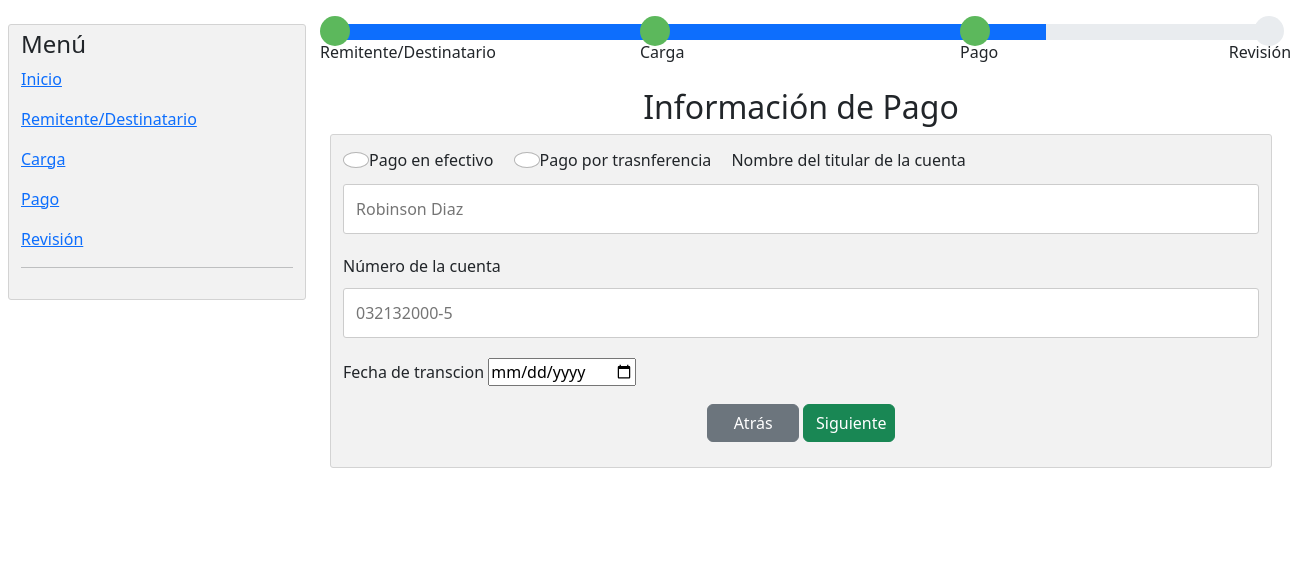
Repository: SennovaFluvial/Trasnfluvial
Page: appFluvial/templates/card1pago.html
An editor plug-in stored every save of this project. The page is shown before and after the next save, followed by the edit.
The browser window is 1280 px wide. The page is 1291 px wide, so the pictures cover 1291 px, including what lies to the right of the window. The pictures show the whole page.
The template is drawn by Django 3.2. The application's start-up code is not run. Other server files are loaded and not shown. The template is opened directly, without the code that normally fills it, so the values that code supplies are empty.

Above is the page before, as saved 2023-10-20 22:50:08.

### appFluvial/templates/card1pago.html
<!DOCTYPE html>
<html>
<head>
<meta name="viewport" content="width=device-width, initial-scale=1">
<!--link rel="stylesheet" href="https://cdnjs.cloudflare.com/ajax/libs/font-awesome/4.7.0/css/font-awesome.min.css"-->
<style>
body {
  font-family: Arial;
  font-size: 17px;
  padding: 8px;
}

* {
  box-sizing: border-box;
}

.row {
  display: -ms-flexbox; /* IE10 */
  display: flex;
  -ms-flex-wrap: wrap; /* IE10 */
  flex-wrap: wrap;
  margin: 0 -16px;
}

.col-25 {
  -ms-flex: 25%; /* IE10 */
  flex: 25%;
}

.col-50 {
  -ms-flex: 50%; /* IE10 */
  flex: 50%;
}

.col-75 {
  -ms-flex: 75%; /* IE10 */
  flex: 75%;
}

.col-25,
.col-50,
.col-75 {
  padding: 0 16px;
}

.container {
  background-color: #f2f2f2;
  padding: 5px 20px 15px 20px;
  border: 1px solid lightgrey;
  border-radius: 3px;
}

input[type=text], select {
  width: 100%;
  margin-bottom: 20px;
  padding: 12px;
  border: 1px solid #ccc;
  border-radius: 3px;
}

input[type=submit] {
  background-color: #04AA6D;
  color: white;
  padding: 12px 20px;
  border: none;
  border-radius: 4px;
  cursor: pointer;
}

input[type=submit]:hover {
  background-color: #45a049;
}

label {
  margin-bottom: 10px;
  display: block;
}

.icon-container {
  margin-bottom: 20px;
  padding: 7px 0;
  font-size: 24px;
}

.btn {
  background-color: #04AA6D;
  color: white;
  padding: 12px;
  margin: 10px 0;
  border: none;
  width: 10%;
  border-radius: 3px;
  cursor: pointer;
}

.btn:hover {
  background-color: #45a049;
}

a {
  color: #2196F3;
}

hr {
  border: 1px solid lightgrey;
}

span.price {
  float: right;
  color: grey;
}


@media (max-width: 800px) {
  .row {
    flex-direction: column-reverse;
  }
  .col-25 {
    margin-bottom: 20px;
  }
}

</style>
<style>
  .one, .two, .three, .four{
    position:absolute;
    margin-top: -8px;
    z-index:1;
    height:30px;
    width:30px;
    border-radius:20px;
}
.one{
	left:25%;
}
.two{
	left:50%;
}
.three{
	left:75%;
}
.four{
	left:98%;
}
.primary-color{
	background-color:#4989bd;
}
.success-color{
	background-color:#5cb85c;
}
.info-color{
	background-color:#5bc0de;
}
.no-color{
	background-color:inherit;
}

</style>

<link rel="stylesheet" href="https://cdn.jsdelivr.net/npm/bootstrap@5.2.3/dist/css/bootstrap.min.css" integrity="sha384-rbsA2VBKQhggwzxH7pPCaAqO46MgnOM80zW1RWuH61DGLwZJEdK2Kadq2F9CUG65" crossorigin="anonymous">
<script src="https://cdn.jsdelivr.net/npm/bootstrap@5.2.3/dist/js/bootstrap.min.js" integrity="sha384-cuYeSxntonz0PPNlHhBs68uyIAVpIIOZZ5JqeqvYYIcEL727kskC66kF92t6Xl2V" crossorigin="anonymous"></script>

</head>
<body>

<p></p>
<div class="row">

  <div class="col-25">

    <div class="container">
      <h4>Menú <span class="price" style="color:black"><i class="fa fa-shopping-cart"></i> <b></b></span></h4>
      <p><a href="../../">Inicio</a> <span class="price"> </span></p>
      <p><a href="../../card/1/remitente">Remitente/Destinatario</a> <span class="price">  </span></p>
      <p><a href="../../card/1/carga">Carga</a> <span class="price"> </span></p>
      <p><a href="../../card/1/pago">Pago</a> <span class="price"> </span></p>
      <p><a href="../../card/1/revision">Revisión</a> <span class="price"> </span></p>
      <hr>
    </div>
  </div>


  <div class="col-75">
    <!--  ****************************************BEGIN************************************************ -->
    <div class="container_">
      <div class="row"><br />
        <div class="col-md-12">
        <div class="progress">
            <div class="one success-color"></div>
            <div class="two success-color"></div>
            <div class="three success-color"></div>
            <div class="four no-color"></div>
            <div class="progress-bar progress-bar-success" style="width: 76%"></div>
        </div>
        <br>
        <label for="one" style="position: absolute; top: 30px; left: 25%; z-index: 1; margin-top: 10px;">Remitente/Destinatario</label>
        <label for="two" style="position: absolute; top: 30px; left: 50%; z-index: 1; margin-top: 10px;">Carga</label>
        <label for="three" style="position: absolute; top: 30px; left: 75%; z-index: 1; margin-top: 10px;">Pago</label>
        <label for="four" style="position: absolute; top: 30px; left: 96%; z-index: 1; margin-top: 10px;">Revisión</label>

      </div>
      </div>
    </div>
    <br>
    <!-- -*****************************************END**********************************************-->
    <div class="text-center">
      <h2>Información de Pago</h2>
    </div>
    <div class="container">
      <form method="post">
        {% csrf_token %}
        <div class="row">
          <div class="col-50">
            <h3>  </h3>


            <div class="form-group col form-check form-check-inline">
                <label for="pagoefectivo">Pago en efectivo</label>
                <input type="radio" class="form-control form-check-input" id="pagoefectivo">
            </div>

            <div class="form-group col form-check form-check-inline">
                <label for="pagotransferecia">Pago por trasnferencia</label>
                <input type="radio" class="form-control form-check-input" id="pagotransferecia">
            </div>

            <label for="titularcuenta"><i class="fa fa-envelope"></i> Nombre del titular de la cuenta</label>
            <input type="text" id="titularcuenta" name="titularcuenta" placeholder="Robinson Diaz">

            <label for="numerocuenta"><i class="fa fa-institution"></i> Número de la cuenta</label>
            <input type="text" id="numerocuenta" name="numerocuenta" placeholder="032132000-5">

            <label for="fechatransacion"><i class="fa fa-institution"></i> Fecha de transcion</label>
            <input type="date" id="fechatransacion" name="fechatransacion">

          </div>



        </div>
        <div class="text-center">
          <button href="javascript:history.back()" class="btn btn-secondary">Atrás</button>
          <button type="submit" class="btn btn-success">Siguiente</button>
        </div>
      </form>
    </div>
  </div>
</div>

</body>
</html>

After the next save:
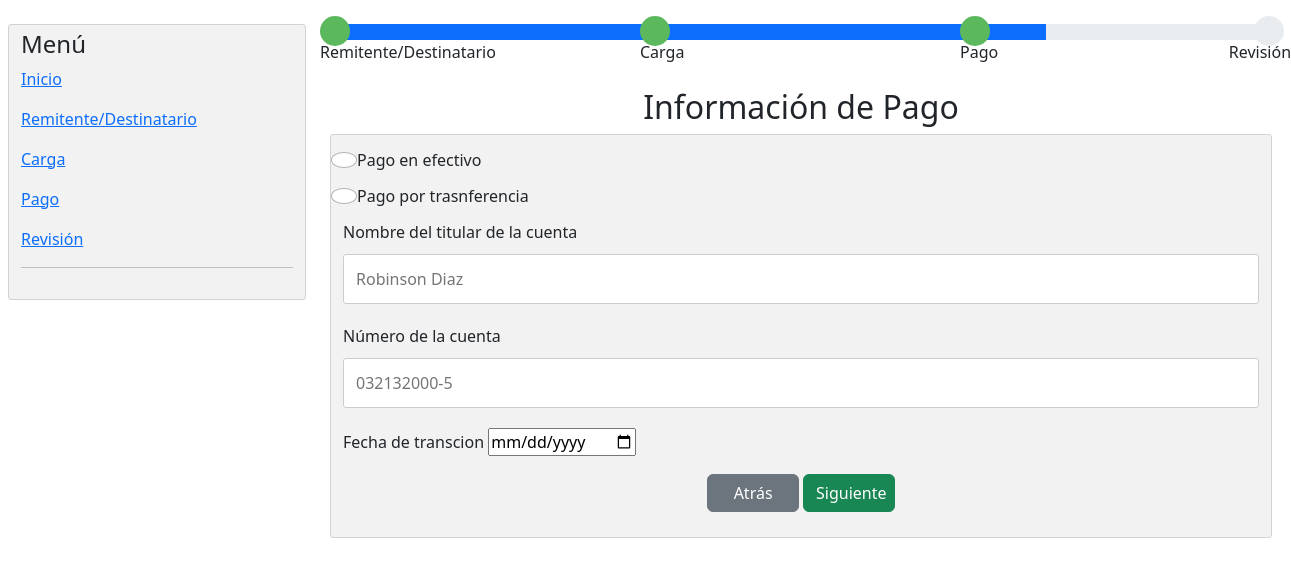
Saved 2 min 27 s later.
--- a/appFluvial/templates/card1pago.html
+++ b/appFluvial/templates/card1pago.html
@@ -213,15 +213,19 @@ span.price {
           <div class="col-50">
             <h3>  </h3>
 
-
-            <div class="form-group col form-check form-check-inline">
+            <div class="row">
+              <div class="form-group col form-check form-check-inline">
                 <label for="pagoefectivo">Pago en efectivo</label>
                 <input type="radio" class="form-control form-check-input" id="pagoefectivo">
+              </div>
             </div>
 
-            <div class="form-group col form-check form-check-inline">
-                <label for="pagotransferecia">Pago por trasnferencia</label>
-                <input type="radio" class="form-control form-check-input" id="pagotransferecia">
+
+            <div class="row">
+              <div class="form-group col form-check form-check-inline">
+                  <label for="pagotransferecia">Pago por trasnferencia</label>
+                  <input type="radio" class="form-control form-check-input" id="pagotransferecia">
+              </div>
             </div>
 
             <label for="titularcuenta"><i class="fa fa-envelope"></i> Nombre del titular de la cuenta</label>
